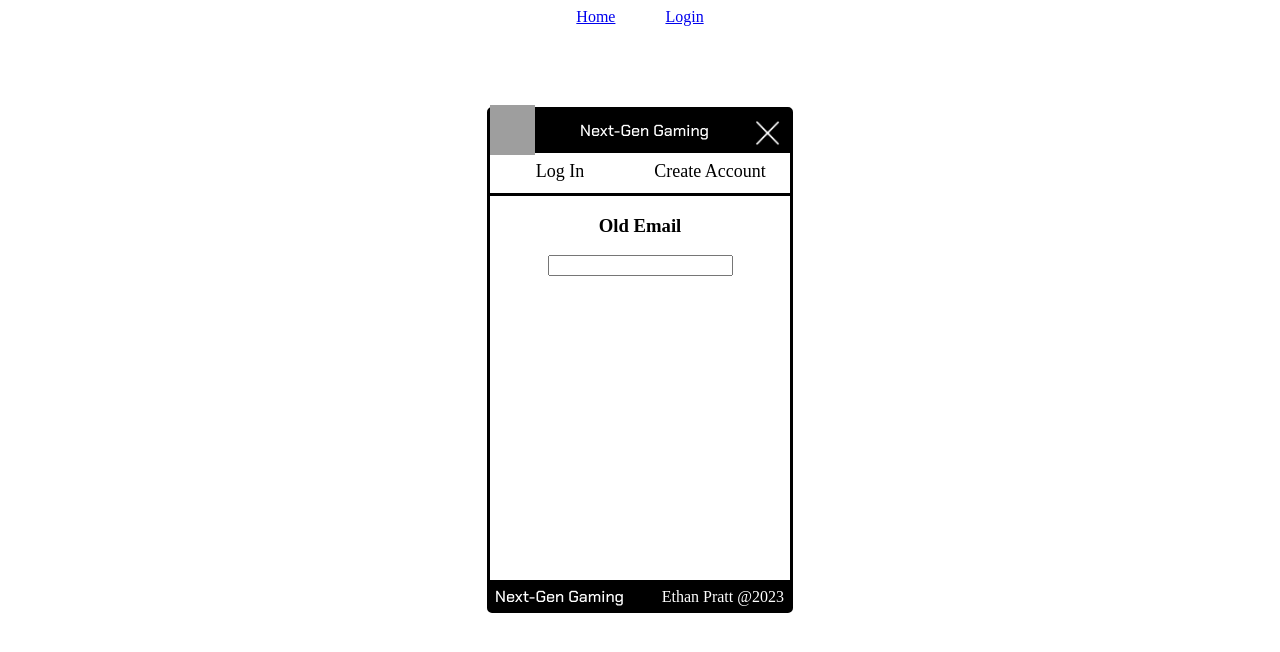
Repository: ghend99/login-page
Page: /change
The author's editor kept a copy of each file at every save. The page is drawn from the files as they stood at one save, then again after the next save.
The browser window is 1280 px wide. The pictures show the whole page.
Pictures or frames that could not be fetched are drawn as grey boxes. The project was rebuilt for these pictures with package versions that can differ from the ones it lists, and the page was loaded fresh each time. Also part of the build but not shown: src/css/Create2.css, src/pages/Home.tsx, src/config/firebase.ts, src/pages/Login.tsx, src/css/Create.css, src/pages/Create.tsx, src/pages/Create2.tsx.

Above is the page before, as saved 2023-02-15 14:35:22.

After the next save:
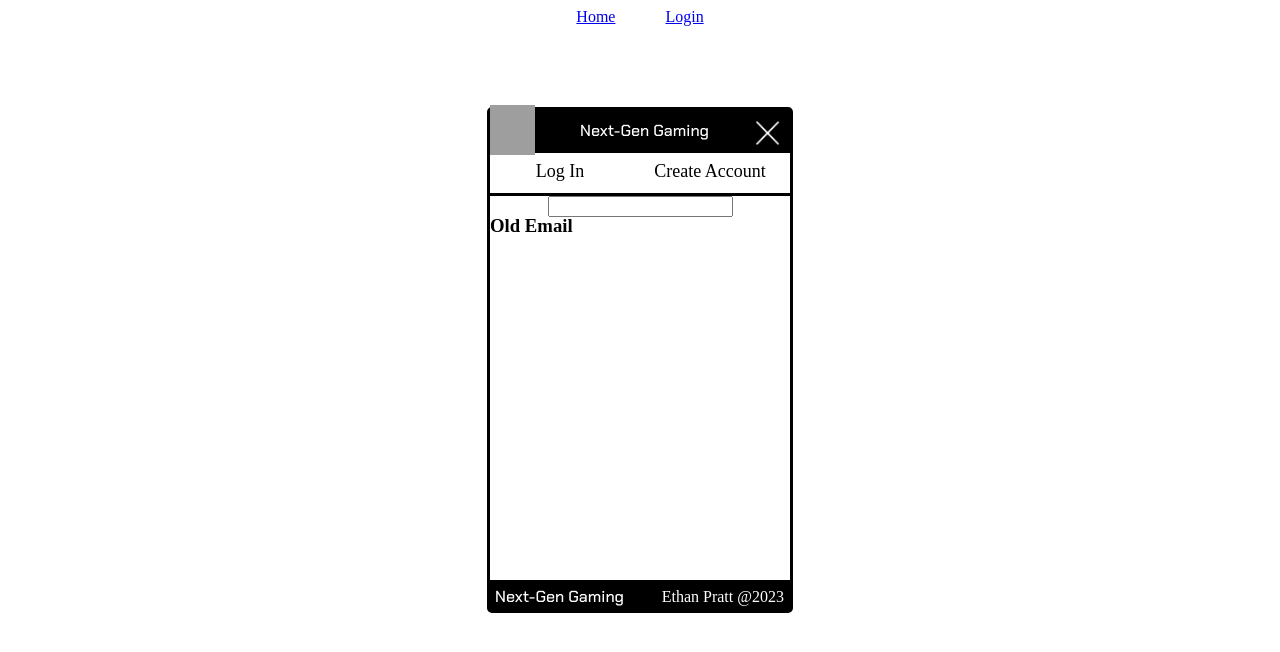
Saved 21 s later.
--- a/src/css/Change.css
+++ b/src/css/Change.css
@@ -11,4 +11,9 @@
   transform: translate(-50%, -50%);
   min-width: none;
 }
-#.
+
+.change-email--title {
+  position: absolute;
+  display: flex;
+  left: 0;
+}
